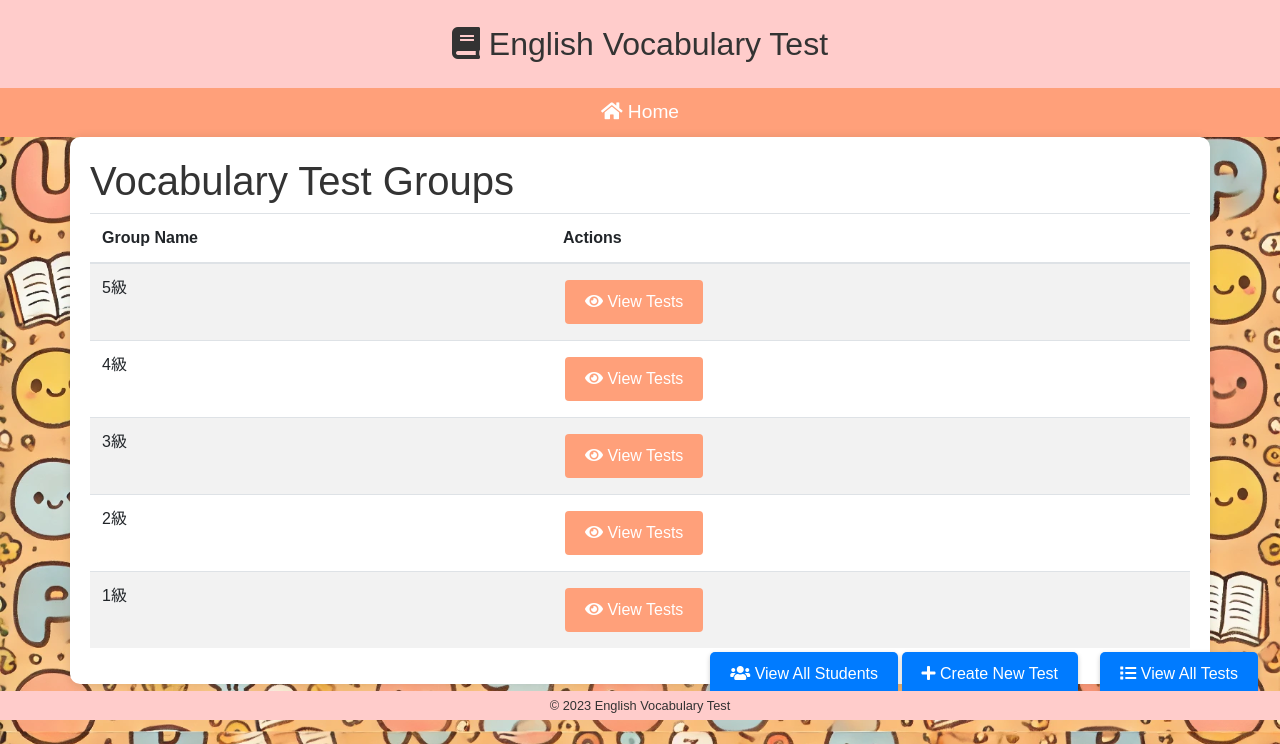
Repository: YamatoGH/testapp
Page: http://localhost/
These files come from the project's save history. The page is drawn as it stood at one moment and after the next save; the edit follows.
The browser window is 1280 px wide. The pictures show the whole page.
Backgrounds fixed to the window are drawn as part of the page. The page is served by the project's application, run on Django 5.2 (manage.py). Other server files are loaded and not shown. The page reads the database file committed with the project.

Above is the page before, as saved 2024-07-21 11:06:38.

### testapp/templates/testapp/home.html
{% extends "testapp/base.html" %}

{% block title %}Home{% endblock %}

{% block content %}
<h1>Vocabulary Test Groups</h1>
<table class="table table-striped table-hover">
    <thead>
        <tr>
            <th>Group Name</th>
            <th>Actions</th>
        </tr>
    </thead>
    <tbody>
        {% for group in groups %}
        <tr>
            <td>{{ group.name }}</td>
            <td><a href="{% url 'group_tests' group.id %}" class="btn btn-custom"><i class="fas fa-eye"></i> View Tests</a></td>
        </tr>
        {% endfor %}
    </tbody>
</table>

<!-- すべてのテストを表示するボタン -->
<a href="{% url 'all_tests' %}" class="btn btn-custom all-tests-button"><i class="fas fa-list"></i> View All Tests</a>

<!-- すべての生徒を表示するボタン -->
<a href="{% url 'student_list' %}" class="btn btn-custom view-all-students-button"><i class="fas fa-users"></i> View All Students</a>

<!-- 新しいテストを作成するボタン -->
<a href="{% url 'create_test' %}" class="btn btn-custom create-test-button"><i class="fas fa-plus"></i> Create New Test</a>

{% endblock %}

### testapp/templates/testapp/base.html
<!DOCTYPE html>
<html>
<head>
    {% load static %}
    <title>{% block title %}English Vocabulary Test{% endblock %}</title>
    <link rel="stylesheet" href="https://stackpath.bootstrapcdn.com/bootstrap/4.3.1/css/bootstrap.min.css">
    <link rel="stylesheet" href="https://cdnjs.cloudflare.com/ajax/libs/font-awesome/5.15.3/css/all.min.css">
    <link rel="stylesheet" type="text/css" href="{% static 'testapp/css/style.css' %}">
</head>
<body>
    <header>
        <i class="fas fa-book"></i> English Vocabulary Test
    </header>
    <nav>
        <a href="{% url 'home' %}"><i class="fas fa-home"></i> Home</a>
    </nav>
    <div class="container">
        {% block content %}{% endblock %}
    </div>
    <footer>
        &copy; 2023 English Vocabulary Test
    </footer>
</body>
<script>
    document.addEventListener("DOMContentLoaded", function() {
        var coll = document.getElementsByClassName("collapsible");
        for (var i = 0; i < coll.length; i++) {
            coll[i].addEventListener("click", function() {
                this.classList.toggle("active");
                var content = this.nextElementSibling;
                if (content.style.display === "block") {
                    content.style.display = "none";
                } else {
                    content.style.display = "block";
                }
            });
        }
    });
</script>
</html>

### testapp/models.py
from django.db import models

class Group(models.Model):
    name = models.CharField(max_length=100)

    def __str__(self):
        return self.name

class Test(models.Model):
    title = models.CharField(max_length=100)
    description = models.TextField(null=True, blank=True)
    words = models.ManyToManyField('Word', blank=True)
    group = models.ForeignKey(Group, on_delete=models.CASCADE, related_name='tests', null=True, blank=True)

    def __str__(self):
        return self.title

class Word(models.Model):
    word = models.CharField(max_length=100)
    meaning = models.CharField(max_length=255)

    def __str__(self):
        return self.word

class Student(models.Model):
    name = models.CharField(max_length=100)

    def __str__(self):
        return f"{self.name} "

### testapp/views.py
import csv
import pandas as pd
from django.shortcuts import render, redirect, get_object_or_404
from django.forms import formset_factory
from .forms import TestForm, WordForm
from .models import Word, Test, Group, Student
import random

def create_test(request):
    WordFormSet = formset_factory(WordForm, extra=1)
    if request.method == 'POST':
        form = TestForm(request.POST, request.FILES)
        formset = WordFormSet(request.POST, prefix='words')
        if form.is_valid() and formset.is_valid():
            test = form.save(commit=False)
            test.save()
            for word_form in formset:
                word = word_form.cleaned_data.get('word')
                meaning = word_form.cleaned_data.get('meaning')
                if word and meaning:
                    word_obj, created = Word.objects.get_or_create(word=word, meaning=meaning)
                    test.words.add(word_obj)
            if 'file' in request.FILES:
                file = request.FILES['file']
                if file.name.endswith('.csv'):
                    reader = csv.reader(file.read().decode('utf-8').splitlines())
                    for row in reader:
                        if len(row) == 2:
                            word, meaning = row
                            word_obj, created = Word.objects.get_or_create(word=word.strip(), meaning=meaning.strip())
                            test.words.add(word_obj)
                elif file.name.endswith('.xlsx'):
                    df = pd.read_excel(file)
                    for _, row in df.iterrows():
                        if len(row) >= 2:
                            word, meaning = row[0], row[1]
                            word_obj, created = Word.objects.get_or_create(word=word.strip(), meaning=meaning.strip())
                            test.words.add(word_obj)
            return redirect('home')
    else:
        form = TestForm()
        formset = WordFormSet(prefix='words')
    return render(request, 'testapp/create_test.html', {'form': form, 'formset': formset})

def all_tests(request):
    tests = Test.objects.all()
    return render(request, 'testapp/all_tests.html', {'tests': tests})

def group_tests(request, group_id):
    group = get_object_or_404(Group, id=group_id)
    tests = group.tests.all()  # 'tests' は 'related_name' に基づく
    return render(request, 'testapp/group_tests.html', {'group': group, 'tests': tests})

def home(request):
    groups = Group.objects.all()
    return render(request, 'testapp/home.html', {'groups': groups})

def test_detail(request, test_id):
    test = get_object_or_404(Test, id=test_id)
    words = test.words.all()
    return render(request, 'testapp/test_detail.html', {'test': test, 'words': words})

def print_test(request, test_id, start_index, end_index, shuffle):
    test = get_object_or_404(Test, id=test_id)
    words = list(test.words.all())
    if shuffle == 'yes':
        random.shuffle(words)
    words = words[start_index:end_index]
    return render(request, 'testapp/print_test.html', {'test': test, 'words': words})

def print_test_with_answers(request, test_id, start_index, end_index, shuffle):
    test = get_object_or_404(Test, id=test_id)
    words = list(test.words.all())
    if shuffle == 'yes':
        random.shuffle(words)
    words = words[start_index:end_index]
    return render(request, 'testapp/print_test_with_answers.html', {'test': test, 'words': words})

def student_list(request):
    students = Student.objects.all()
    return render(request, 'testapp/student_list.html', {'students': students})

### vocab_test/urls.py
"""
URL configuration for vocab_test project.

The `urlpatterns` list routes URLs to views. For more information please see:
    https://docs.djangoproject.com/en/5.0/topics/http/urls/
Examples:
Function views
    1. Add an import:  from my_app import views
    2. Add a URL to urlpatterns:  path('', views.home, name='home')
Class-based views
    1. Add an import:  from other_app.views import Home
    2. Add a URL to urlpatterns:  path('', Home.as_view(), name='home')
Including another URLconf
    1. Import the include() function: from django.urls import include, path
    2. Add a URL to urlpatterns:  path('blog/', include('blog.urls'))
"""
from django.contrib import admin
from django.urls import include, path

urlpatterns = [
    path('admin/', admin.site.urls),
    path('', include('testapp.urls')),
]

### testapp/urls.py
from django.conf import settings
from django.conf.urls.static import static
from django.urls import path
from . import views

urlpatterns = [
    path('', views.home, name='home'),
    path('test/<int:test_id>/', views.test_detail, name='test_detail'),
    path('print-test/<int:test_id>/<int:start_index>/<int:end_index>/<str:shuffle>/', views.print_test, name='print_test'),
    path('print-test-with-answers/<int:test_id>/<int:start_index>/<int:end_index>/<str:shuffle>/', views.print_test_with_answers, name='print_test_with_answers'),
    path('create-test/', views.create_test, name='create_test'),
    path('group-tests/<int:group_id>/', views.group_tests, name='group_tests'),
    path('all-tests/', views.all_tests, name='all_tests'),
    path('students/', views.student_list, name='student_list'),
]

if settings.DEBUG:
    urlpatterns += static(settings.STATIC_URL, document_root=settings.STATIC_ROOT)

### testapp/static/testapp/css/style.css
body {
    font-family: 'Comic Sans MS', cursive, sans-serif;
    background-color: #f0f8ff;
    color: #333;
    margin: 0;
    padding: 0;
    background-image: url('/static/testapp/images/background.jpg'); /* ここに背景画像のURLを入力 */
    background-size: cover;
    background-repeat: no-repeat;
    background-attachment: fixed; /* 背景画像を固定 */
    display: flex;
    flex-direction: column;
    min-height: 100vh;
}

header {
    background-color: #ffcccb;
    padding: 20px;
    text-align: center;
    font-size: 2em;
    color: #333;
}

nav {
    background-color: #ffa07a;
    padding: 10px;
    text-align: center;
}

nav a {
    margin: 0 15px;
    color: #fff;
    text-decoration: none;
    font-size: 1.2em;
}

nav a:hover {
    text-decoration: underline;
}

.container {
    flex: 1;  /* Main content will take all available space */
    padding: 20px;
    background-color: rgba(255, 255, 255, 1.0);
    border-radius: 10px;
    box-shadow: 0 0 10px rgba(0, 0, 0, 0.1);
    margin-bottom: 60px;  /* Add some space at the bottom to avoid overlap with the footer */
}

footer {
    background-color: #ffcccb;
    padding: 5px;  /* Adjusted padding */
    text-align: center;
    font-size: 0.8em;  /* Adjusted font size */
    position: fixed;
    width: 100%;
    bottom: 0;
}

.btn-custom {
    background-color: #ffa07a;
    border: none;
    color: white;
    padding: 10px 20px;
    text-align: center;
    text-decoration: none;
    display: inline-block;
    font-size: 16px;
    margin: 4px 2px;
    transition-duration: 0.4s;
    cursor: pointer;
}

.btn-custom:hover {
    background-color: white;
    color: black;
    border: 2px solid #ffa07a;
}

.collapsible {
    cursor: pointer;
    padding: 10px;
    width: 100%;
    border: none;
    text-align: center;
    outline: none;
    font-size: 1em;
}

.active, .collapsible:hover {
    background-color: #ddd;
}

.collapsible-content {
    display: none;
    overflow: hidden;
    padding: 0 10px;
}

.fixed-buttons {
    position: fixed;
    bottom: 20px;
    right: 20px;
    display: flex;
    gap: 20px;
}

.all-tests-button, .create-test-button, .view-all-students-button {
    position: fixed;
    bottom: 20px;
    background-color: #007bff;
    color: white;
    padding: 10px 20px;
    border-radius: 5px;
    text-decoration: none;
    box-shadow: 0 2px 5px rgba(0,0,0,0.2);
    transition: background-color 0.3s ease;
}

.all-tests-button:hover, .create-test-button:hover, .view-all-students-button:hover {
    background-color: #0056b3;
}

.all-tests-button {
    right: 20px;
}

.create-test-button {
    right: 200px; /* 調整可能な距離 */
}

.view-all-students-button {
    right: 380px; /* Adjust as needed */
}

### db.sqlite3 (the tables this page reads, as SQL)
CREATE TABLE "testapp_group" ("id" integer NOT NULL PRIMARY KEY AUTOINCREMENT, "name" varchar(100) NOT NULL);
INSERT INTO "testapp_group" VALUES
(3, '5級'),
(5, '4級'),
(6, '3級'),
(7, '2級'),
(8, '1級');

After the next save:
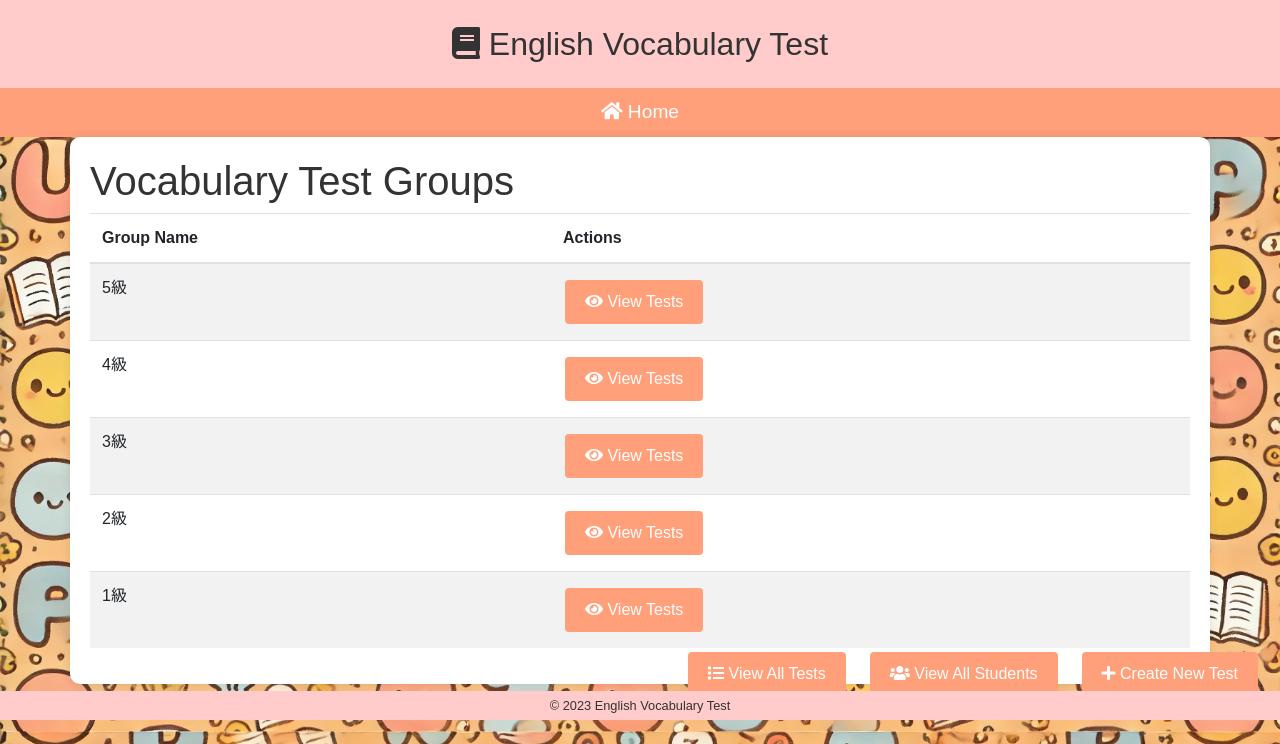
Saved 2 min 43 s later.
--- a/testapp/templates/testapp/home.html
+++ b/testapp/templates/testapp/home.html
@@ -21,13 +21,15 @@
     </tbody>
 </table>
 
-<!-- すべてのテストを表示するボタン -->
-<a href="{% url 'all_tests' %}" class="btn btn-custom all-tests-button"><i class="fas fa-list"></i> View All Tests</a>
+<div class="fixed-buttons">
+    <!-- すべてのテストを表示するボタン -->
+    <a href="{% url 'all_tests' %}" class="btn btn-custom"><i class="fas fa-list"></i> View All Tests</a>
 
-<!-- すべての生徒を表示するボタン -->
-<a href="{% url 'student_list' %}" class="btn btn-custom view-all-students-button"><i class="fas fa-users"></i> View All Students</a>
+    <!-- すべての生徒を表示するボタン -->
+    <a href="{% url 'student_list' %}" class="btn btn-custom"><i class="fas fa-users"></i> View All Students</a>
 
-<!-- 新しいテストを作成するボタン -->
-<a href="{% url 'create_test' %}" class="btn btn-custom create-test-button"><i class="fas fa-plus"></i> Create New Test</a>
+    <!-- 新しいテストを作成するボタン -->
+    <a href="{% url 'create_test' %}" class="btn btn-custom"><i class="fas fa-plus"></i> Create New Test</a>
+</div>
 
 {% endblock %}
